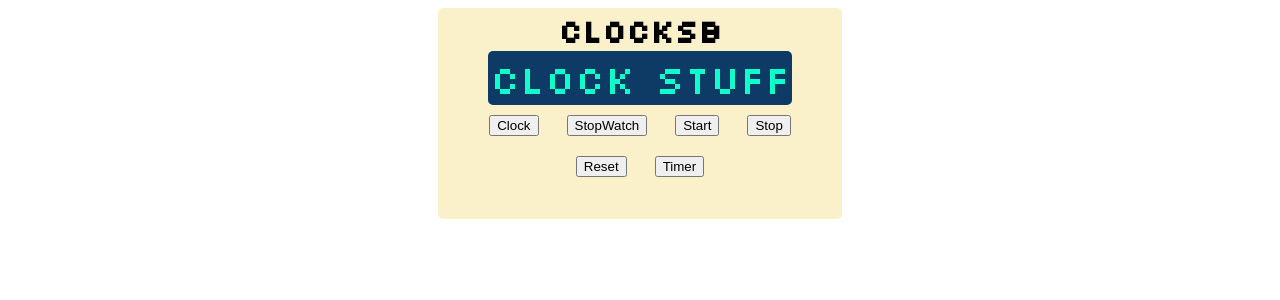
Repository: ourshadetree/clockSB
Page: index.html
An editor plug-in stored every save of this project. The page is shown before and after the next save, followed by the edit.
The browser window is 1280 px wide. The pictures show the whole page.

Above is the page before, as saved 2025-12-06 08:07:20.
Console error: ReferenceError: loadClock is not defined

After the next save:
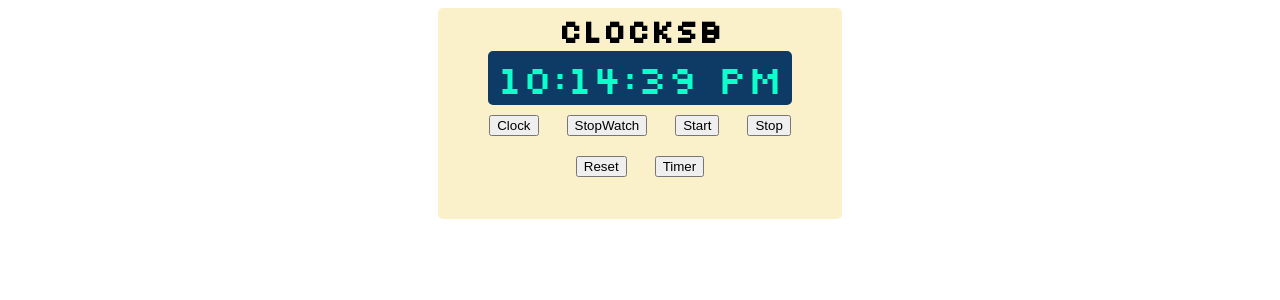
The error is gone.
Saved 64 s later.
--- a/index.js
+++ b/index.js
@@ -7,6 +7,11 @@ var hours;
 
 window.onload = function() {
     loadClock();
+}
+
+function loadClock() {
+    getTime();
+    setInterval(getTime, 1000);
 }
 
 function getTime() {
